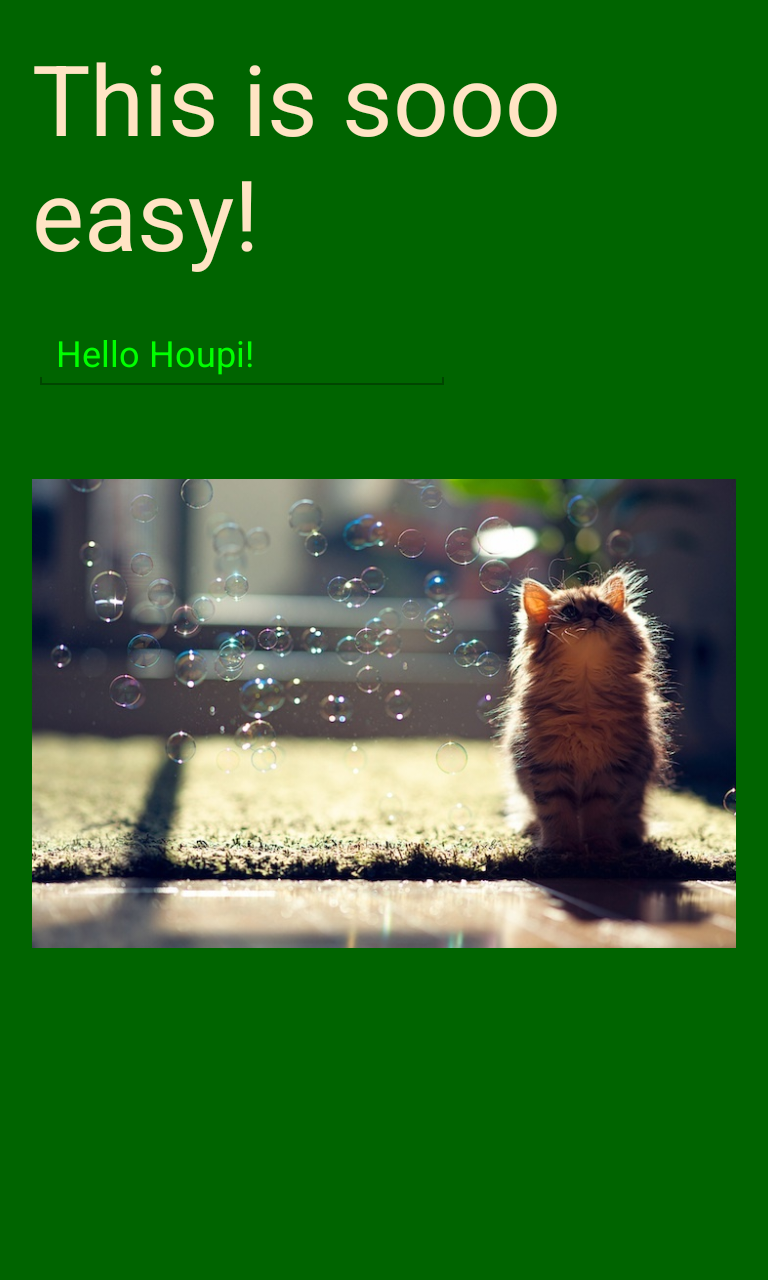
Repository: wzbbbb/bkp_home
Layout: java/Droid1/res/layout/activity_second.xml
The author's editor kept a copy of each file at every save. The layout is drawn from the files as they stood at one save, then again after the next save.
It is drawn on a 768 x 1280 px phone screen (xhdpi) without system bars, with theme AppTheme; the app's code is not run.

Above is the layout before, as saved 2013-09-21 18:26:00.

### java/Droid1/res/layout/activity_second.xml
<RelativeLayout xmlns:android="http://schemas.android.com/apk/res/android"
    xmlns:tools="http://schemas.android.com/tools"
    android:layout_width="match_parent"
    android:layout_height="match_parent"
    android:background="@color/background_color"
    android:paddingBottom="@dimen/activity_vertical_margin"
    android:paddingLeft="@dimen/activity_horizontal_margin"
    android:paddingRight="@dimen/activity_horizontal_margin"
    android:paddingTop="@dimen/activity_vertical_margin"
    tools:context=".DroidActivity" >

    <TextView
        android:id="@+id/textView1"
        android:layout_width="wrap_content"
        android:layout_height="wrap_content"
        android:text="@string/test_output"
        android:textColor="@color/app_text_color"
        android:textSize="@dimen/text_size" />

    <EditText
        android:id="@+id/editText1"
        android:layout_width="wrap_content"
        android:layout_height="wrap_content"
        android:layout_alignLeft="@+id/textView1"
        android:layout_below="@+id/textView1"
        android:layout_marginTop="18dp"
        android:ems="10"
        android:text="@string/hello_world"
        android:textColor="@color/text_color_2" />

    <ImageView
        android:id="@+id/imageView1"
        android:layout_width="wrap_content"
        android:layout_height="wrap_content"
        android:layout_alignLeft="@+id/editText1"
        android:layout_below="@+id/editText1"
        android:layout_marginTop="40dp"
        android:src="@drawable/cat_bubble" />

</RelativeLayout>

### java/Droid1/res/values/colors.xml
<?xml version="1.0" encoding="utf-8"?>
<resources>
    <color name="background_color">#006400</color>
    <color name="app_text_color">#FFE4C4</color>
    <color name="text_color_2">#00FF00</color>

</resources>

### java/Droid1/res/values/dimens.xml
<resources>

    <!-- Default screen margins, per the Android Design guidelines. -->
    <dimen name="activity_horizontal_margin">16dp</dimen>
    <dimen name="activity_vertical_margin">16dp</dimen><dimen name="text_size">22pt</dimen>


</resources>

### java/Droid1/res/values/strings.xml
<?xml version="1.0" encoding="utf-8"?>
<resources>

    <string name="app_name">Droid #1</string>
    <string name="action_settings">Settings</string>
    <string name="hello_world">Hello Houpi!</string>
    <string name="test_output">This is sooo easy!</string>

</resources>

Loaded but not shown: java/Droid1/res/values/styles.xml (common file); java/Droid1/res/values-v11/styles.xml (common file); java/Droid1/res/values-v14/styles.xml (common file)

After the next save:
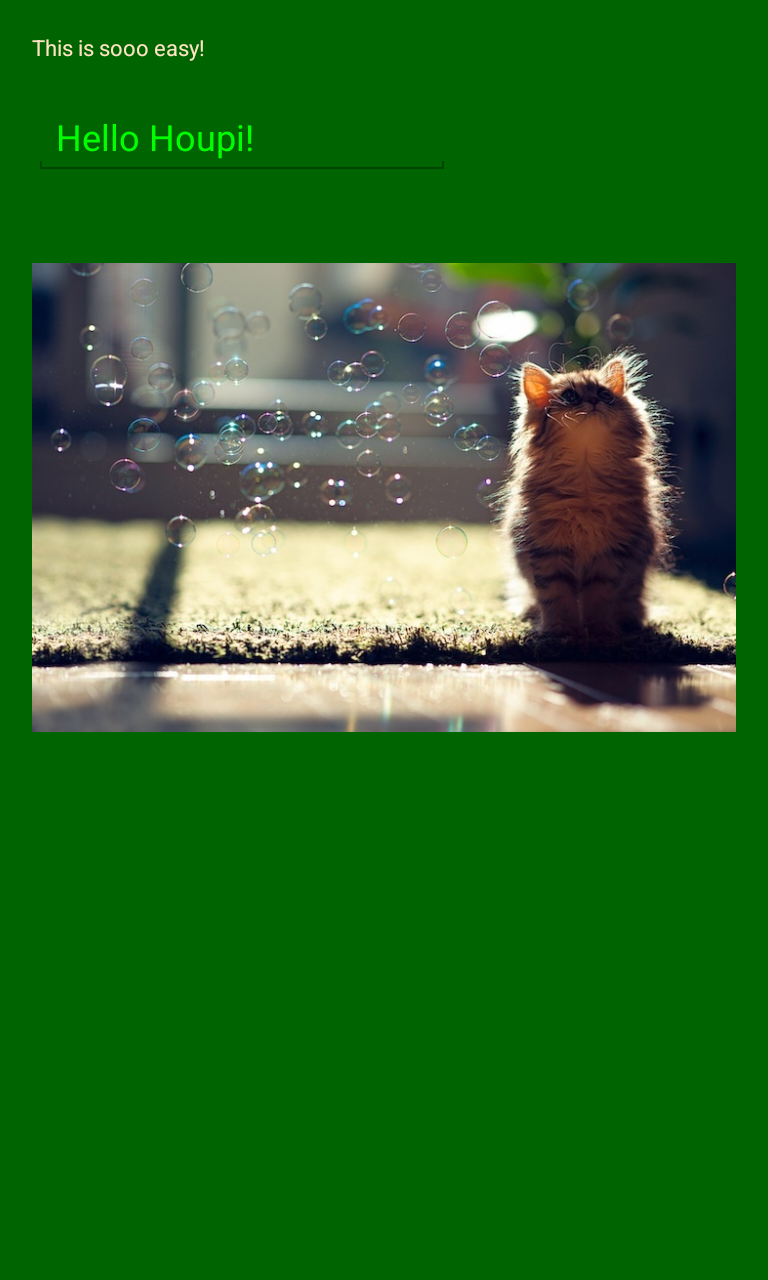
Saved 11 min 11 s later.
--- a/java/Droid1/res/values/dimens.xml
+++ b/java/Droid1/res/values/dimens.xml
@@ -2,7 +2,7 @@
 
     <!-- Default screen margins, per the Android Design guidelines. -->
     <dimen name="activity_horizontal_margin">16dp</dimen>
-    <dimen name="activity_vertical_margin">16dp</dimen><dimen name="text_size">22pt</dimen>
+    <dimen name="activity_vertical_margin">16dp</dimen><dimen name="text_size">22px</dimen>
 
 
 </resources>
